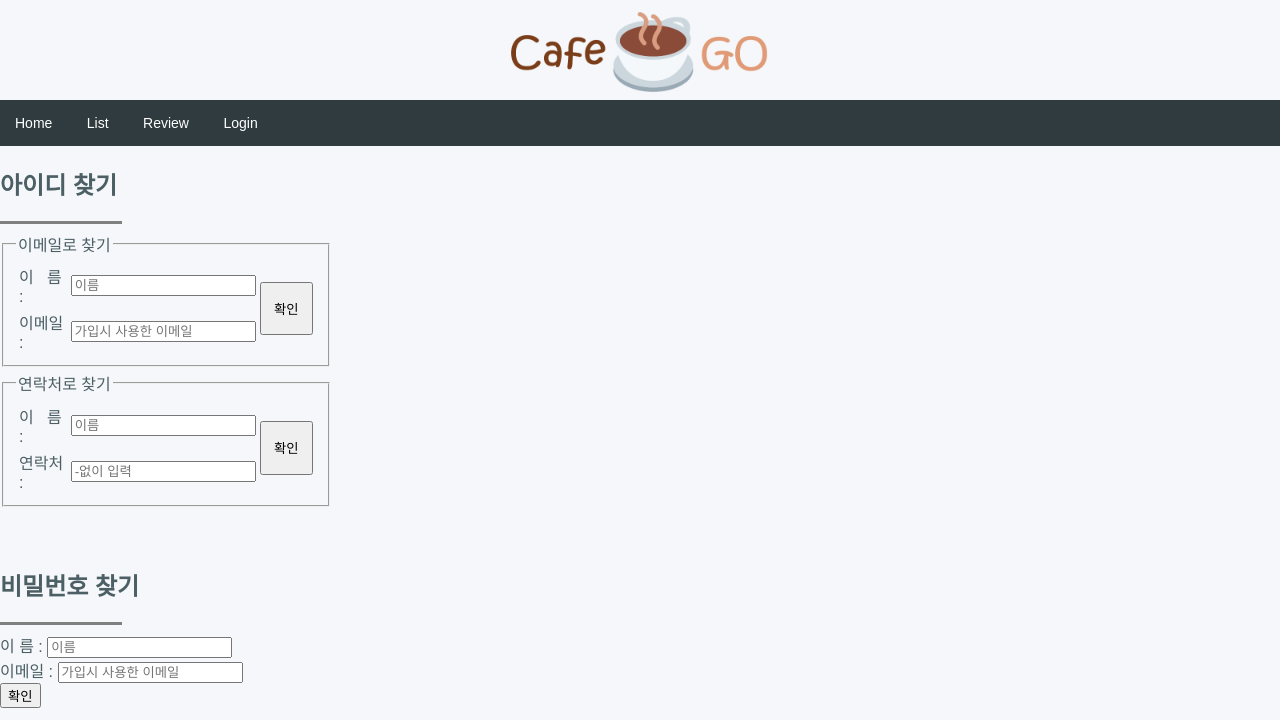
Repository: JuYeong0413/Web-Programming
Page: http://localhost/CafeGo/find.jsp
An editor plug-in stored every save of this project. The page is shown before and after the next save, followed by the edit.
The browser window is 1280 px wide. The pictures show the whole page.
The page is served by Tomcat 9. Other server files are loaded and not shown.

Above is the page before, as saved 2018-12-22 12:10:46.

### Project/CafeGo/WebContent/find.jsp
<%@ page language="java" contentType="text/html; charset=utf-8" pageEncoding="utf-8"%>
<%@ include file="nav.jsp" %>
<!DOCTYPE html>
<html>
<head>
<meta charset="utf-8">
<title>Insert title here</title>
</head>
<body>
  <h2>아이디 찾기</h2>
  <hr noshade align="left" width="120" size="3">
  <form>
    <fieldset style="width: 300px; display: inline">
      <legend>이메일로 찾기</legend>
        <table border="0">
          <tr>
            <td>이 &nbsp; 름 : </td>
            <td><input type="text" placeholder="이름" name="name" id="name" value=''></td>
            <td rowspan="2" width="45"><input type="submit" value="확인" style="width: 40pt; height: 40pt"></td>
          </tr>
          <tr>
            <td>이메일 : </td>
            <td><input type="text" placeholder="가입시 사용한 이메일" name="email" id="email" value=''></td>
          </tr>
        </table>
      </fieldset>
    </form>
    <form>
      <fieldset style="width: 300px; display: inline">
        <legend>연락처로 찾기</legend>
          <table border="0">
            <tr>
              <td>이 &nbsp; 름 : </td>
              <td><input type="text" placeholder="이름" name="name" id="name" value=''></td>
              <td rowspan="2" width="45"><input type="submit" value="확인" style="width: 40pt; height: 40pt"></td>
            </tr>
            <tr>
              <td>연락처 : </td>
              <td><input type="text" placeholder="-없이 입력" name="tel" id="tel" value=''/></td>
            </tr>
          </table>
        </fieldset>
      </form>
<br><br>

<div>
<h2>비밀번호 찾기</h2>
<hr noshade align="left" width="120" size="3">
<div style="float:left;width:50%;">
<form action="findConfig_pass.jsp" method="post">
<label>이    름 :</label>
<input type="text" placeholder="이름" name ="name" id="name" value=''/><br>
<label>이메일 :</label>
<input type="text" placeholder="가입시 사용한 이메일" name="email" id="email" value=''/><br>
<input type="submit" value="확인"/>
</form>
</div>
</div>
</body>
</html>

### Project/CafeGo/WebContent/nav.jsp
<%@ page language="java" contentType="text/html; charset=utf-8" pageEncoding="utf-8"%>
<!DOCTYPE html>
<html lang="ko">
<head>
<meta charset="utf-8">
<title>Insert title here</title>
<link rel="stylesheet" href="reponsiveNavigation.css" />
</head>
<body>
<div>
<center>
<a href="main.jsp"><img src = "image/logo.png" width="264px" height="88px" align="center"></a>
</center>
</div>
<div class="nav_wrapper">
  <nav class="menu">
    <ul>
      <li><a href="main.jsp">Home</a>
        <ul>
          <li><a href="main.jsp">홈페이지 소개</a></li>
          <li><a href="main.jsp">오늘의 카페 추천</a></li>
          </li>
        </ul>
      </li>
      <li><a href="#Link">List</a>
        <ul>
          <li><a href="#Link">카페 목록</a></li>
          <li><a href="#Link">카페 분류 »</a>
          <ul>
              <li><a href="#Link">별점</a></li>
              <li><a href="#link">지역</a></li>
              <li><a href="#Link">테마</a></li>
            </ul>
          </li>
        </ul>
      </li>
      <li><a href="review.jsp">Review</a>
        <ul>
          <li><a href="review.jsp">방문 후기 목록</a></li>
          <li><a href="#Link">방문 후기 작성</a></li>
          <li><a href="#Link">방문 후기 수정</a></li>
          <li><a href="#Link">방문 후기 삭제</a></li>
          </ul>
      </li>
  		<%
  		String log = (String)session.getAttribute("login");

  		if(log!=null&&log.equals("yes")){
  		// 로그인 상태인 경우 보여지는 메뉴
      %>
      <li><a href="myPage.jsp">MyPage</a>
        <ul>
          <li><a href="myPage.jsp">MyPage</a></li>
          <li><a href="logout.jsp">로그아웃</a></li>
        </ul>
      </li>
      <% }
  		else if((String)session.getAttribute("id")==null){
    	  // 로그아웃 상태인 경우 보여지는 메뉴
    	  %>
    	  <li><a href="#Link">Login</a>
        <ul>
          <li><a href="login.jsp">로그인</a></li>
          <li><a href="find.jsp">아이디/비밀번호 찾기</a></li>
          <li><a href="signup.jsp">회원가입</a></li>
        </ul>
      </li>
    	  <%} %>
     </ul>
  </nav>
</body>
</html>

### Project/CafeGo/WebContent/reponsiveNavigation.css
html {
  font-family: sans-serif;
  color: #4b5f65;
  background: #f5f7fa;
}

body { overflow-x:hidden}

nav { width: 100%; }

.nav_wrapper {
  position: fixed;
  left: 0;
  top: 100px;
  width: 100%;
  <!--menu background => default : black-->
  background: #2f3b3f;
}

.menu {
  width: 100%;
  height: auto;
  background: #2f3b3f;
}

.menu ul {
  padding: 0px;
  margin: 0px;
  list-style: none;
  position: relative;
  display: inline-block;
}

.menu > li > ul.sub_menu {
  min-width: 10em;
  padding: 4px 0;
  background-color: #f4f4f4;
  border: 1px solid #fff;
}

.menu ul li { padding: 0px; }

.menu > ul > li { display: inline-block; }

.menu ul li a {
  display: block;
  text-decoration: none;
  color: #fff;
  font-size: 14px;
}

.menu ul li a:hover {
  background: #efa666;
  color: #fff;
  transition: all .5s ease-out;
}

.menu ul li.hover > a {
  background: #efa666;
  color: #fff;
}

.menu ul li > a { padding: 15px; }

.menu ul ul {
  display: none;
  position: absolute;
  top: 100%;
  min-width: 160px;
  background: #39484d;
}

.menu ul li:hover > ul { display: block;}

.menu ul ul > li { position: relative; }

.menu ul ul > li a {
  padding: 10px 15px;
  height: auto;
  background: #39484d;
}

.menu ul ul > li a:hover {
  background: #efa666;
  color: #fff;
}

.menu ul ul ul {
  position: absolute;
  left: 100%;
  top: 0;
}
.slide {
	width:100%;
}

After the next save:
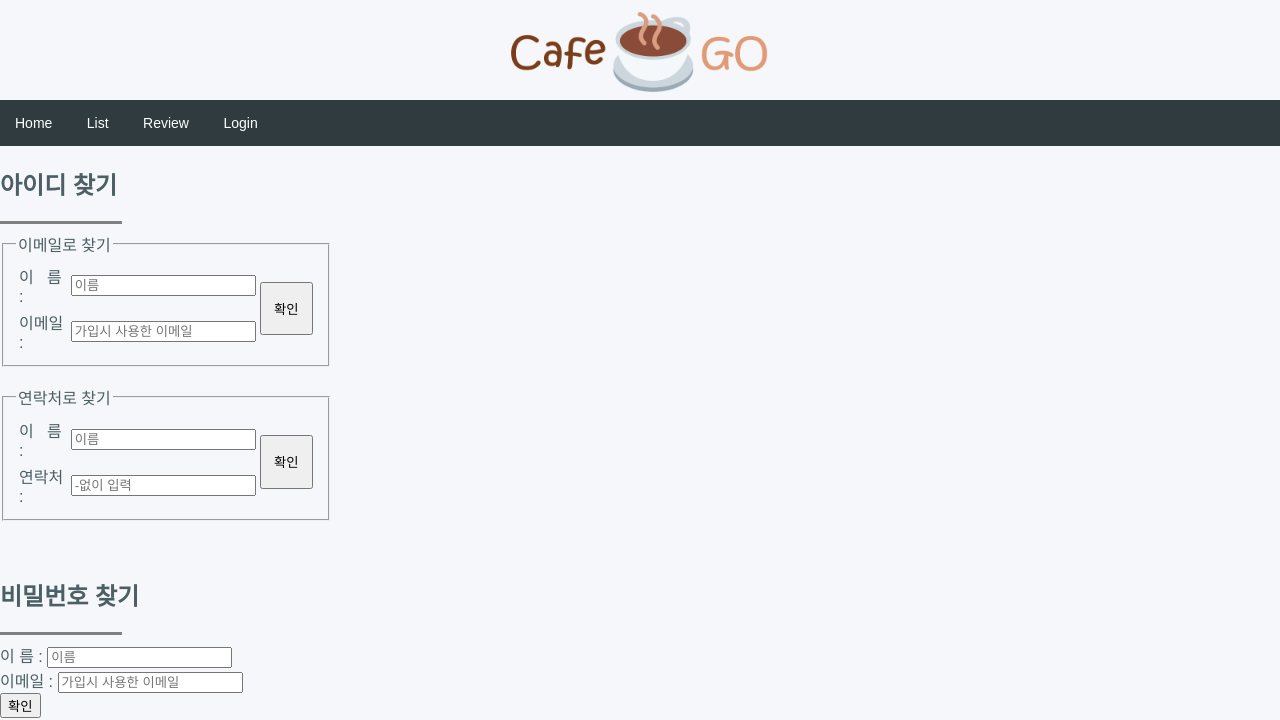
Saved 28 s later.
--- a/Project/CafeGo/WebContent/find.jsp
+++ b/Project/CafeGo/WebContent/find.jsp
@@ -10,7 +10,7 @@
   <h2>아이디 찾기</h2>
   <hr noshade align="left" width="120" size="3">
   <form>
-    <fieldset style="width: 300px; display: inline">
+    <fieldset style="width: 300px">
       <legend>이메일로 찾기</legend>
         <table border="0">
           <tr>
@@ -25,8 +25,9 @@
         </table>
       </fieldset>
     </form>
+    <br>
     <form>
-      <fieldset style="width: 300px; display: inline">
+      <fieldset style="width: 300px">
         <legend>연락처로 찾기</legend>
           <table border="0">
             <tr>
